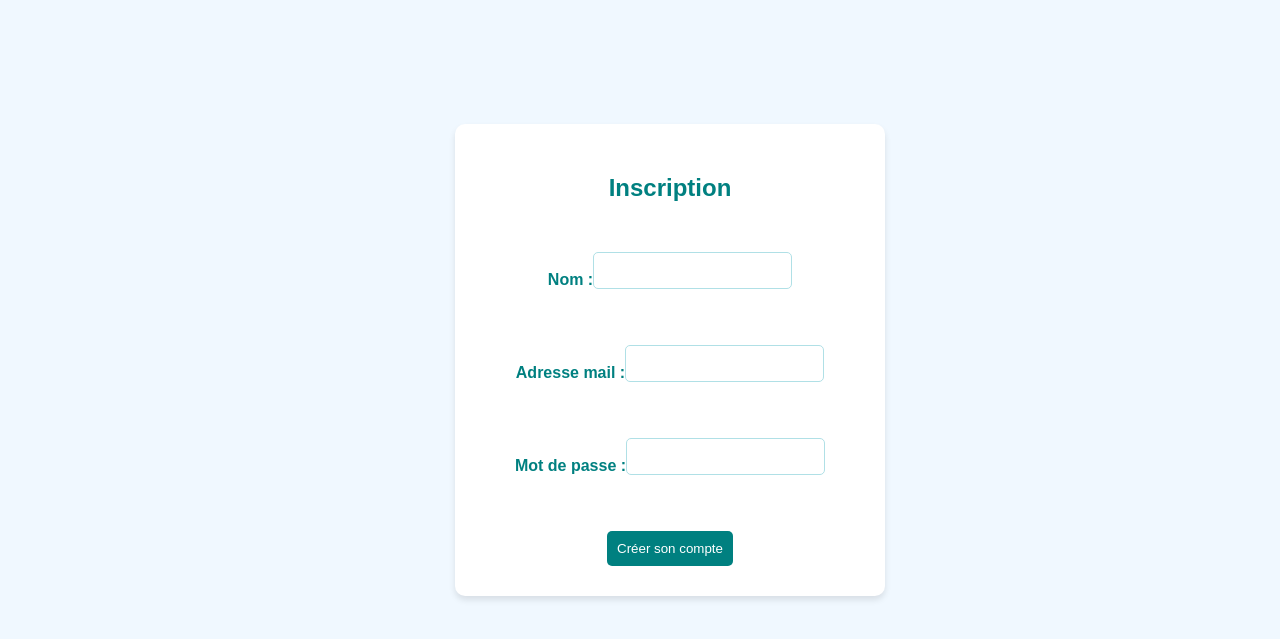
Repository: marwaouahouah1/OdysseyOfMemories
Page: /SignUpUser (app in frontend/)
An editor plug-in stored every save of this project. The page is shown before and after a run of saves, followed by the edit.
The browser window is 1280 px wide. The pictures show the whole page.
The project was rebuilt for these pictures with package versions that can differ from the ones it lists, and the page was loaded fresh each time. Also part of the build but not shown: frontend/src/Connexion/Login.js, frontend/src/App.js, frontend/src/Profile/Profile.js.

Above is the page before, as saved 2023-04-01 17:47:26.

### frontend/src/index.js
import React from 'react';
import ReactDOM from 'react-dom/client';
import App from './App';
import reportWebVitals from './reportWebVitals';
import SignUpUser from './SignUp/SignUpUser';
import Login from './Connexion/Login';
import Profile from './Profile/Profile'
import { BrowserRouter, Routes, Route } from "react-router-dom";

const root = ReactDOM.createRoot(document.getElementById('root'));
root.render(
  <React.StrictMode>
    <BrowserRouter>
       <Routes>
        <Route path="/" element={<App/>} />
        <Route path="/SignUpUser" element={<SignUpUser/>}/>
        <Route path="/Login" element={<Login/>}/>
        <Route path="/Profile" element={<Profile/>}></Route>
      </Routes>
    </BrowserRouter>
  </React.StrictMode>
);

// If you want to start measuring performance in your app, pass a function
// to log results (for example: reportWebVitals(console.log))
// or send to an analytics endpoint. Learn more: https://bit.ly/CRA-vitals
reportWebVitals();

### frontend/src/SignUp/SignUpUser.js
import React, { useState } from 'react';
import "./signupuser.css"

function SignUpUser() {

  const [name, setName] = useState('');
  const [email, setEmail] = useState('');
  const [password, setPassword] = useState('');
  const [message, setMessage] = useState("");

  const handleSubmit = (event) => {
    event.preventDefault();
    fetch('SignUpUser', {
      method: 'POST',
      headers : {
        'Content-Type': 'application/json',
        'Accept': 'application/json'
      },
      body: JSON.stringify({ name, email, password })
    })
      .then(response => response.json())
      .then(data => {
        setMessage(data.message);
        console.log(data)
        console.log("test")
      });
  };

  return (
    <div className="signup-container">

    <div className='app'>
    <span style={{textAlign:"center", marginBottom:"20px"}}><h2>Inscription</h2></span>

    <form onSubmit={handleSubmit}>
      <label>
        <span>Nom :</span>
        <input
          type="text"
          value={name}
          onChange={(event) => setName(event.target.value)}
        />
      </label>
      <br /><br />
      <label>
        <p>Adresse mail :</p>
        <input
          type="email"
          value={email}
          onChange={(event) => setEmail(event.target.value)}
        />
      </label>
      <br /><br />
      <label>
        <p>Mot de passe :</p>
        <input
          type="password"
          value={password}
          onChange={(event) => setPassword(event.target.value)}
        />
      </label>
      <br /><br />
      <button type="submit">Créer son compte</button>
    </form>
    {/* Affichage du message de confirmation */}
    {message && <p>{message}</p>}
    </div>
    </div>

  );
}

export default SignUpUser;

### frontend/src/SignUp/signupuser.css
body {
    background-color: #f0f8ff;
    margin: 0;
    display: flex;
    justify-content: center;
    align-items: center;
    height: 100vh;
    font-family: Arial, sans-serif;
  }


.signup-container {
    width: 100%;
    max-width: 400px;
    background-color: #ffffff;
    padding: 30px;
    border-radius: 10px;
    box-shadow: 0 4px 6px rgba(0, 0, 0, 0.1);
  }


  h2 {
    color: #008080;
  }

  form {
    display: flex;
    flex-direction:column;
    align-items: center;
    margin-top: 50px;
  }


  label {
    color: #008080;
    font-weight: bold;
    display: flex;
    align-items: center;
    justify-content: space-between;
  }

  input {
    padding: 10px;
    border: 1px solid #b0e0e6;
    border-radius: 5px;
    margin-bottom: 20px;
  }

  button {
    background-color: #008080;
    color: white;
    border: none;
    border-radius: 5px;
    padding: 10px;
    cursor: pointer;
    transition: all 0.3s ease-in-out;
  }

  button:hover {
    background-color: #006666;
  }

label p {
  display: flex;
  justify-content: flex-start;
}

Loaded but not shown: frontend/public/index.html (common file); frontend/src/reportWebVitals.js (common file); frontend/src/Profile/profile.css (no stored copy; drawn as an empty file)

After the next 2 saves:
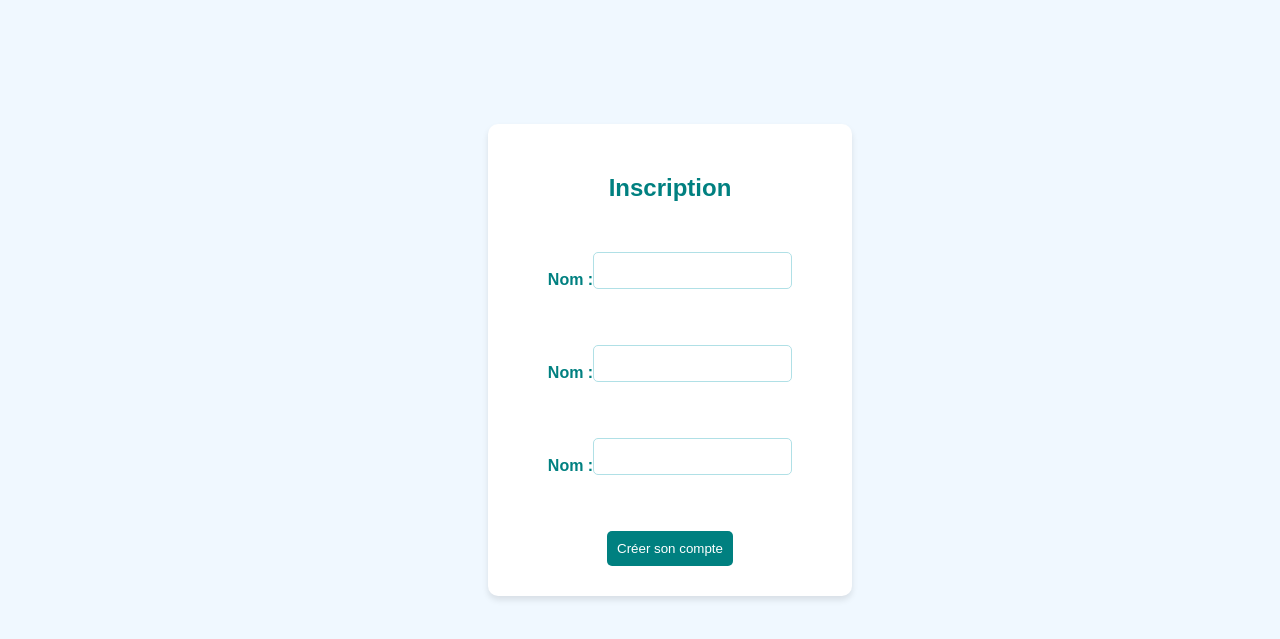
The 2 saves are shown as one change because they came seconds apart.
The last was saved 13 s later.
--- a/frontend/src/SignUp/SignUpUser.js
+++ b/frontend/src/SignUp/SignUpUser.js
@@ -43,7 +43,7 @@
       </label>
       <br /><br />
       <label>
-        <p>Adresse mail :</p>
+      <span>Nom :</span>
         <input
           type="email"
           value={email}
@@ -52,7 +52,7 @@
       </label>
       <br /><br />
       <label>
-        <p>Mot de passe :</p>
+      <span>Nom :</span>
         <input
           type="password"
           value={password}

After the save that followed:
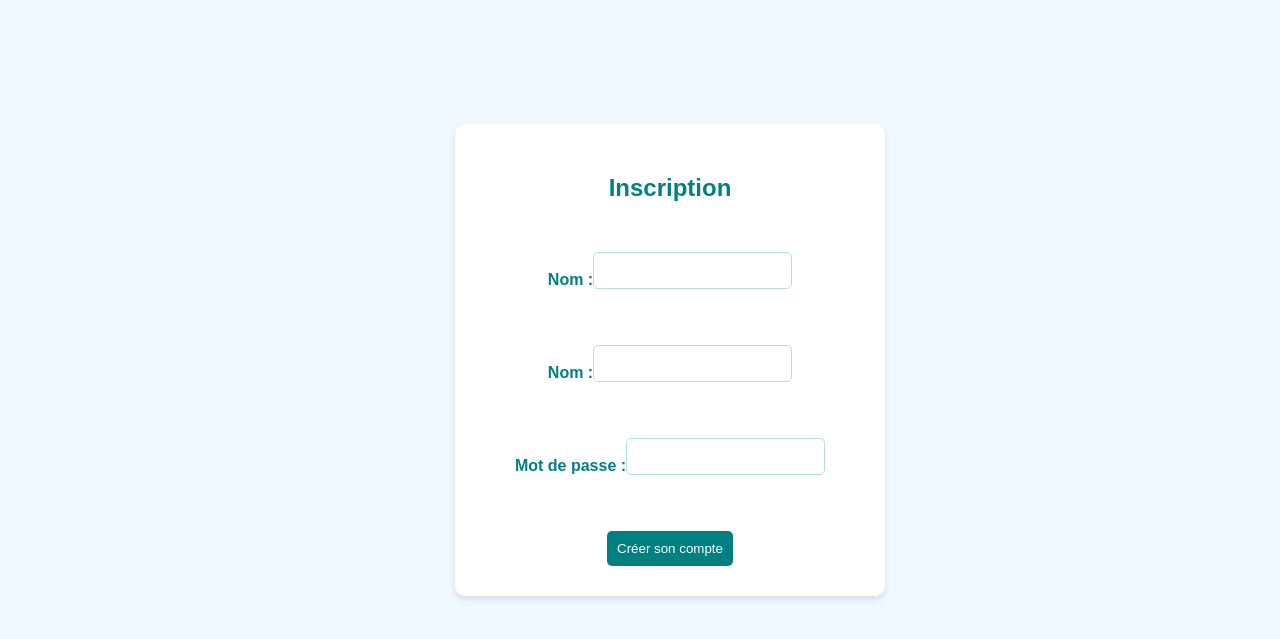
Saved 9 s later.
--- a/frontend/src/SignUp/SignUpUser.js
+++ b/frontend/src/SignUp/SignUpUser.js
@@ -52,7 +52,7 @@
       </label>
       <br /><br />
       <label>
-      <span>Nom :</span>
+      <span>Mot de passe :</span>
         <input
           type="password"
           value={password}
